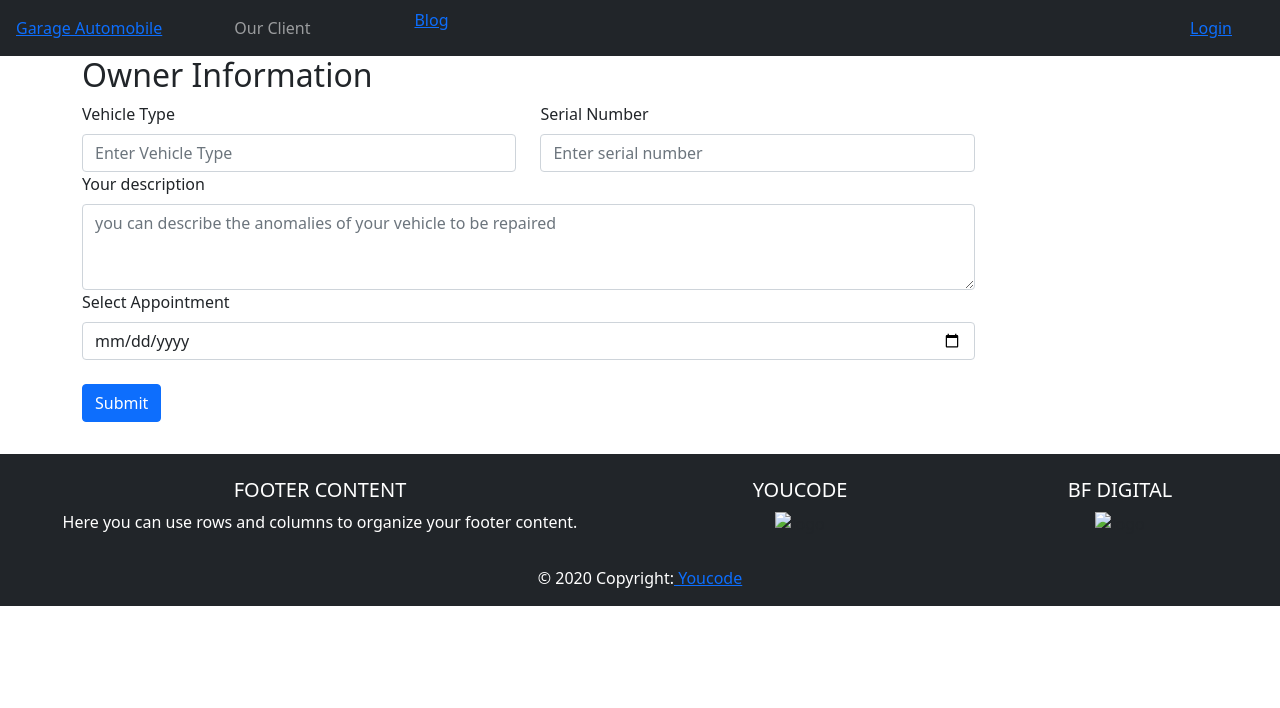
Repository: abdelhak-f/Fil-Rouge
Page: /FormGarage (app in client/)
The author's editor kept a copy of each file at every save. The page is drawn from the files as they stood at one save, then again after the next save.
The browser window is 1280 px wide. The pictures show the whole page.
The project was rebuilt for these pictures with package versions that can differ from the ones it lists, and the page was loaded fresh each time. Also part of the build but not shown: client/src/components/Text.jsx, client/src/components/forms/FirstFrontForm.jsx, client/src/components/Body.jsx, client/src/components/Blog.jsx, client/src/components/loged/login/Login.jsx, client/src/components/loged/register/Register.jsx.

Above is the page before, as saved 2021-09-12 13:52:38.

### client/public/index.html
<!DOCTYPE html>
<html lang="en">
  <head>
    <meta charset="utf-8" />
    <link rel="icon" href="%PUBLIC_URL%/favicon.ico" />
    <meta name="viewport" content="width=device-width, initial-scale=1" />
    <meta name="theme-color" content="#000000" />
    <meta
      name="description"
      content="Web site created using create-react-app"
    />
    <!--   import bootstrao  -->
    <link
  rel="stylesheet"
  href="https://cdn.jsdelivr.net/npm/bootstrap@5.1.0/dist/css/bootstrap.min.css"
  integrity="sha384-KyZXEAg3QhqLMpG8r+8fhAXLRk2vvoC2f3B09zVXn8CA5QIVfZOJ3BCsw2P0p/We"
  crossorigin="anonymous"
  />

    <link rel="apple-touch-icon" href="%PUBLIC_URL%/logo192.png" />
    <!--
      manifest.json provides metadata used when your web app is installed on a
      user's mobile device or desktop. See https://developers.google.com/web/fundamentals/web-app-manifest/
    -->
    <link rel="manifest" href="%PUBLIC_URL%/manifest.json" />
    <!--
      Notice the use of %PUBLIC_URL% in the tags above.
      It will be replaced with the URL of the `public` folder during the build.
      Only files inside the `public` folder can be referenced from the HTML.

      Unlike "/favicon.ico" or "favicon.ico", "%PUBLIC_URL%/favicon.ico" will
      work correctly both with client-side routing and a non-root public URL.
      Learn how to configure a non-root public URL by running `npm run build`.
    -->
    <title>React App</title>
  </head>
  <body>
    <noscript>You need to enable JavaScript to run this app.</noscript>
    <div id="root"></div>
    <!--
      This HTML file is a template.
      If you open it directly in the browser, you will see an empty page.

      You can add webfonts, meta tags, or analytics to this file.
      The build step will place the bundled scripts into the <body> tag.

      To begin the development, run `npm start` or `yarn start`.
      To create a production bundle, use `npm run build` or `yarn build`.
    -->
  </body>
</html>

### client/src/index.js
import React from 'react';
import ReactDOM from 'react-dom';
import './index.css';
import App from './App';
import reportWebVitals from './reportWebVitals';

// import bootstrap
import 'bootstrap/dist/css/bootstrap.min.css';

ReactDOM.render(
  <React.StrictMode>
    <App />
  </React.StrictMode>,
  document.getElementById('root')
);

// If you want to start measuring performance in your app, pass a function
// to log results (for example: reportWebVitals(console.log))
// or send to an analytics endpoint. Learn more: https://bit.ly/CRA-vitals
reportWebVitals();

### client/src/App.js
// import './App.css';
import React from 'react';

import Navbar from './components/Nnavbar';
import Body from './components/Body';
import Footer from './components/Footer';
import Blog from './components/Blog';
import FormGarage from './components/forms/FormGarage'
import Login from './components/loged/login/Login';
import Register from './components/loged/register/Register';

import { BrowserRouter as Router, Switch, Route } from 'react-router-dom';






function App() {
  return (


    <>
<Router>

     <Navbar />




    <Switch>
    <Route  path="/" exact component={Body} />
    <Route  path="/Blog" component={Blog} />
    <Route  path="/FormGarage" component={FormGarage} />
    <Route  path="/login" component={Login} />
    <Route  path="/register" component={Register} />
    </Switch>

    <Footer/>
</Router>
    </>

  );
}

export default App;

### client/src/components/Nnavbar.jsx
import React from 'react';
import { NavLink } from 'react-router-dom';

import * as ReactBootstrap from 'react-bootstrap';









function Navbar() {
    return(
      <>

            <ReactBootstrap.Navbar className="mb-5" collapseOnSelect expand="lg" bg="dark" variant="dark" fixed="top">

 <NavLink className="mx-3" to="/">Garage Automobile</NavLink>
 <ReactBootstrap.Navbar.Toggle aria-controls="responsive-navbar-nav" />
 <ReactBootstrap.Navbar.Collapse id="responsive-navbar-nav">
   <ReactBootstrap.Nav className="me-auto">
     <ReactBootstrap.Nav.Link className="mx-5" href="#features">Our Client</ReactBootstrap.Nav.Link>
     <NavLink  className="px-5" to="/blog">Blog</NavLink>
     {/* <ReactBootstrap.NavDropdown title="Dropdown" id="collasible-nav-dropdown">
       <ReactBootstrap.NavDropdown.Item href="#action/3.1">Action</ReactBootstrap.NavDropdown.Item>
       <ReactBootstrap.NavDropdown.Item href="#action/3.2">Another action</ReactBootstrap.NavDropdown.Item>
       <ReactBootstrap.NavDropdown.Item href="#action/3.3">Something</ReactBootstrap.NavDropdown.Item>
       <ReactBootstrap.NavDropdown.Divider />
       <ReactBootstrap.NavDropdown.Item href="#action/3.4">Separated link</ReactBootstrap.NavDropdown.Item>
     </ReactBootstrap.NavDropdown> */}
   </ReactBootstrap.Nav>
   <ReactBootstrap.Nav>
     <NavLink  className="px-5"  to="/login"> Login</NavLink>
     {/* <ReactBootstrap.Nav.Link eventKey={2} href="#memes">
       Admin
     </ReactBootstrap.Nav.Link> */}
   </ReactBootstrap.Nav>
 </ReactBootstrap.Navbar.Collapse>

</ReactBootstrap.Navbar>





</>

    )
}

export default Navbar ;

### client/src/components/Footer.jsx
import React from "react";


function Footer () {
    return(
<footer  className="pt-4 page-footer font-small blue bg-dark ">
    <div className="text-center container-fluid text-md-left ">
        <div className="row">
            <div className="mt-3 text-white col-md-6 mt-md-0">
                <h5 className=" text-uppercase">Footer Content</h5>
                <p >Here you can use rows and columns to organize your footer content.</p>
            </div>

            <hr className="clearfix pb-0 w-100 d-md-none"/>

            <div className="mb-3 col-md-3 mb-md-0">
                <h5 className="text-white text-uppercase">Youcode</h5>
                <img src="" alt="logo" width={300} /></div>

            <div className="mb-3 col-md-3 mb-md-0">
                <h5 className="text-white text-uppercase " >BF Digital</h5>
                <img src="" alt="logo" width={300} />
            </div>
        </div>
    </div>

    <div className="py-3 text-center text-white footer-copyright " >© 2020 Copyright:
        <a href="https://www.youcode.ma/"> Youcode</a>
    </div>

</footer>
)

}

export default Footer

### client/src/components/forms/FormGarage.jsx
import React from 'react'
import {Form, Container,Jumbotron, Button, Row, Col,} from 'react-bootstrap';
import '../css/style.css';

function FormGarage() {
    return (

        <Container className="mt-5 mb-3 form-inline">

            {/* <Col md={{ span: 7, offset: 3 }}> */}
              <Jumbotron>
                <Form className="form-inline">
                  <Form.Group>
                    <h2>Owner Information</h2>
                    {/* <Form.Label>Name</Form.Label> */}
                    {/* <Row>
                      <Col>
                        <Form.Control placeholder="First Name"></Form.Control>
                        <Form.Control.Feedback type="invalid">
                              Please choose a username.
                        </Form.Control.Feedback>
                      </Col>
                      <Col>
                        <Form.Control placeholder="Last Name"></Form.Control>
                        <Form.Control.Feedback type="invalid">
                                Please choose a username.
                        </Form.Control.Feedback>
                      </Col>
                    </Row> */}
                  </Form.Group>
                  {/* <Row>
                    <Form.Group as={Col} controlId="formGridEmail">
                      <Form.Label>Email</Form.Label>
                      <Form.Control type="email" placeholder="Enter Email" />
                    </Form.Group>
                    <Form.Group as={Col} controlId="formGridTel">
                      <Form.Label>Phone</Form.Label>
                      <Form.Control
                        type="telephone"
                        placeholder="Enter Phone Number"
                      />
                    </Form.Group>
                  </Row>
                  <Form.Group controlId="formGridAddress1">
                    <Form.Label>Address</Form.Label>
                    <Form.Control placeholder="1234 Main St" />
                  </Form.Group>

                  <Row>

                    <Form.Group as={Col} controlId="formGridState">
                      <Form.Label>City</Form.Label>
                      <Form.Control as="select">
                        <option>Choose...</option>
                        <option>Youssoufia</option>
                        <option>Safi</option>
                        <option>Marrakech</option>
                        <option>Agadir</option>
                        <option>Casablanca</option>
                        <option>Rabat</option>
                      </Form.Control>
                    </Form.Group>
                    <Form.Group as={Col} controlId="formGridCityZip">
                      <Form.Label>Zip Code</Form.Label>
                      <Form.Control />
                    </Form.Group>
                  </Row> */}
                  <Row>
                    <Form.Group as={Col} controlId="formGridEmail">
                      <Form.Label>Vehicle Type</Form.Label>
                      <Form.Control type="text" placeholder="Enter Vehicle Type" />
                    </Form.Group>
                    <Form.Group as={Col} controlId="formGridTel">
                      <Form.Label>Serial Number</Form.Label>
                      <Form.Control
                        type="number"
                        placeholder="Enter serial number"
                      />
                    </Form.Group>
                  </Row>
                  <Row>
                    <Form.Group className="" controlId="exampleForm.ControlTextarea1">
                      <Form.Label>Your description</Form.Label>
                      <Form.Control as="textarea" rows={3}
                        placeholder="you can describe the anomalies of your vehicle to be repaired"
                      />
                    </Form.Group>
                    <Form.Group as={Col} >
                    <Form.Label>Select Appointment</Form.Label>
                    <Form.Control
                      type="date"
                      // value={date}
                      // onChange={this.setDate}
                    />
                  </Form.Group>
                  {/* <Form.Group as={Col} >
                      <Form.Label>Choose a garagiste</Form.Label>
                      <Form.Control type="text" as="select" >
                       <option>Choose...</option>
                       </Form.Control>

                    </Form.Group> */}
                  </Row>
                  <br />


                  <Button className="mb-3"
                   variant="primary" type="submit">
                     Submit
                 </Button>

                </Form>
              </Jumbotron>
            {/* </Col> */}


        </Container>

    )
}

export default FormGarage

### client/src/components/css/style.css

.Blog {
    margin-top: 5rem;
    margin-bottom: 5rem;
  }
  .Login{
    margin-top: 5rem;
    margin-bottom: 5rem;
    margin-left: 25%;
    margin-right: 25%;
  }

  .form-inline {
      margin-top:  5%;
      width: 80%;
      height: 5%;
  }
  .btn{
      margin-bottom: 23%;
  }

  .owner{
      margin-top: 5rem;
  }

Loaded but not shown: client/src/index.css (common file); client/src/reportWebVitals.js (common file)

After the next save:
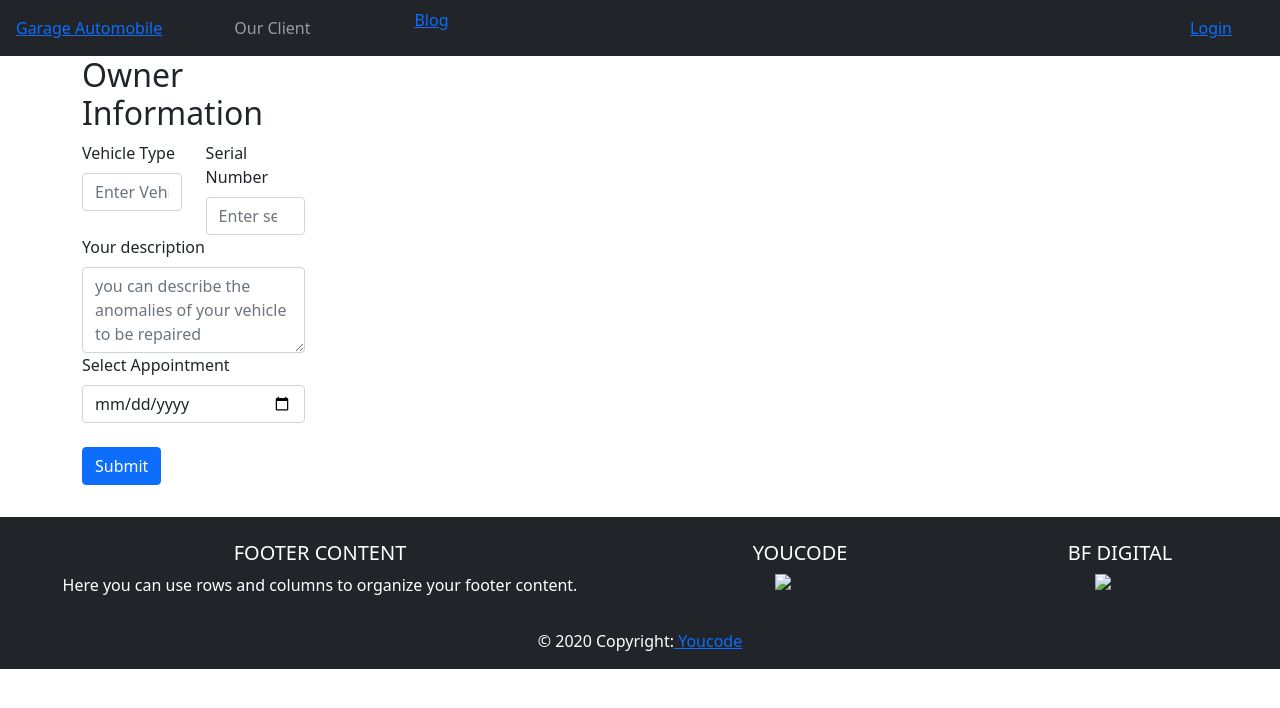
Saved 51 s later.
--- a/client/src/components/css/style.css
+++ b/client/src/components/css/style.css
@@ -12,7 +12,7 @@
 
   .form-inline {
       margin-top:  5%;
-      width: 80%;
+      width: 20%;
       height: 5%;
   }
   .btn{
